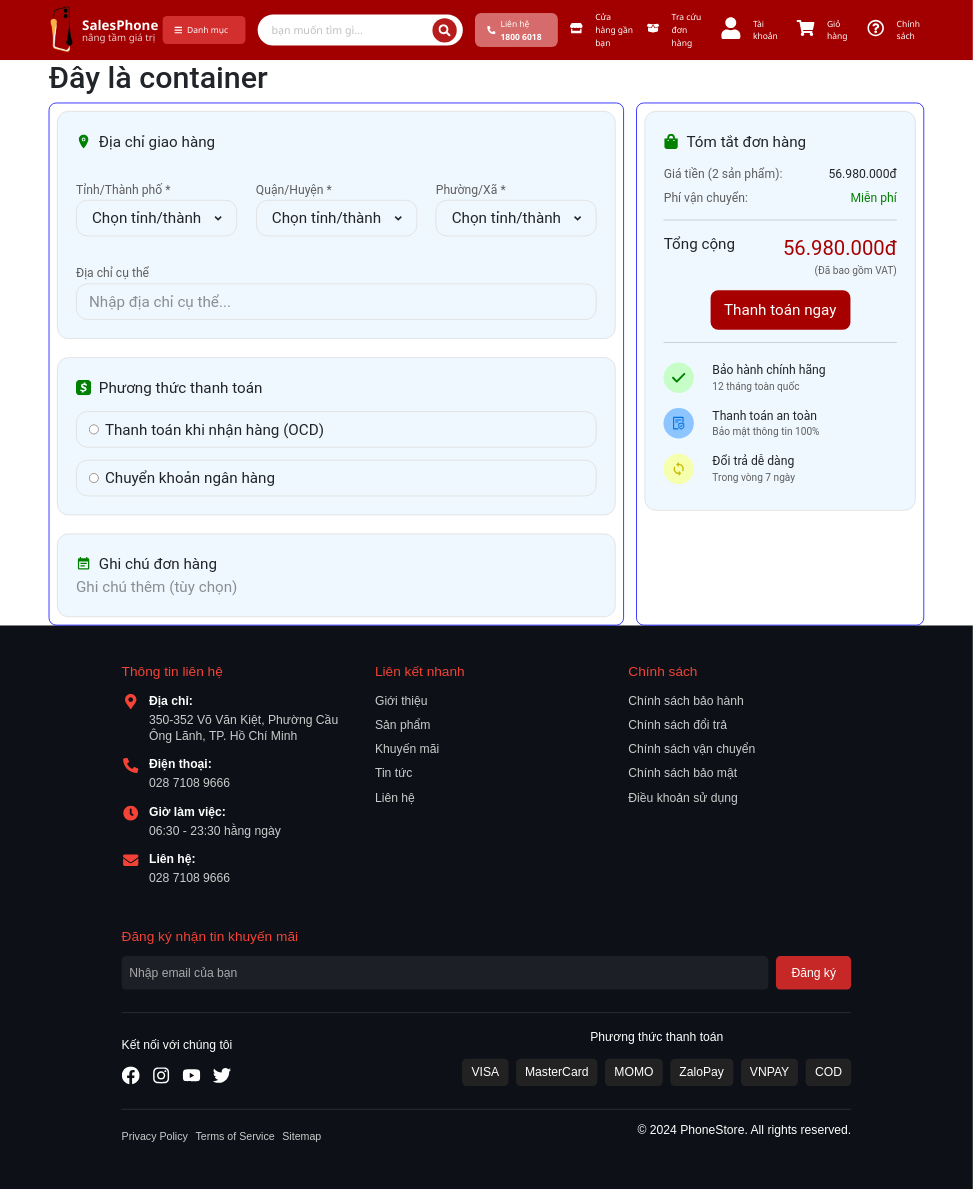
Repository: nguyenhuuluanTTB/cn-da22ttb-nguyenhuuluan-website_salesphone-nextjs_nodejs
Page: /order (app in Project_SalesPhone/client/salesphone/)
These files come from the project's save history. The page is drawn as it stood at one moment and after the next save; the edit follows.
The browser window is 1280 px wide. The pictures show the whole page, at 76% of full size.
The project was rebuilt for these pictures with package versions that can differ from the ones it lists, and the page was loaded fresh each time. The framework's server and built-in components were replaced by stand-ins that run in the browser. Also part of the build but not shown: Project_SalesPhone/client/salesphone/next.config.ts.

Above is the page before, as saved 2025-12-02 03:02:12.

### Project_SalesPhone/client/salesphone/app/layout.tsx

import "./globals.css";
import Header from "./components/Header/Header";
import Footer from "./components/Footer/Footer";


import 'bootstrap/dist/css/bootstrap.min.css';


export const metadata = {
  title: "SalesPhone",
  description: "Website bán điện thoại",
};

export default function RootLayout({
  children,
}: {
  children: React.ReactNode;
}) {
  return (
    <html lang="vi">
      <body>
        {/* Thêm Header ở đây */}
        <Header />

        {/* Nội dung trang */}
        {children}
        <Footer />
      </body>
    </html>
  );
}

### Project_SalesPhone/client/salesphone/app/order/page.tsx
"use client"

import styles from './order.module.scss';
import { IoLocation } from "react-icons/io5";
import { SiCashapp } from "react-icons/si";
import { MdEventNote,MdLoop  } from "react-icons/md";
import { FaShoppingBag } from "react-icons/fa";
import { FaCheck } from "react-icons/fa6";
import { AiOutlineFileProtect } from "react-icons/ai";

export default function Order () {

    return(
        <section className={styles.order}> {/*order */}

            <div className={styles.container}> {/*container */}

                <h1>Đây là container</h1>
                <div className={styles.gridContainer}>

                    <div className={`${styles.item} ${styles.item1}`}>

                        <div className={styles.thongtindiachi}>

                            <div className={styles.title_location}><IoLocation style={{color:'green', fontWeight: 'bold'}}/><span>Địa chỉ giao hàng</span></div>
                            <div className={styles.diachigiaohang}> {/*Địa chỉ giao hàng */}
                                <div>
                                    <span style={{fontSize: '12pt', color: 'rgb(94, 94, 94)'}}>Tỉnh/Thành phố *</span>
                                    <div className={styles.tinh}>
                                        <select>

                                            <option>Chọn tỉnh/thành</option>
                                            <option>TP.Hồ Chính Minh</option>
                                            <option>Hà Nội</option>
                                            <option>Hải Phòng</option>
                                            <option>Đà Nẵng</option>
                                            <option>Cần Thơ</option>

                                        </select>
                                    </div>
                                </div>
                                <div>
                                    <span style={{fontSize: '12pt', color: 'rgb(94, 94, 94)'}}>Quận/Huyện *</span>
                                    <div className={styles.quan}>
                                        <select>

                                            <option>Chọn tỉnh/thành</option>
                                            <option>TP.Hồ Chính Minh</option>
                                            <option>Hà Nội</option>
                                            <option>Hải Phòng</option>
                                            <option>Đà Nẵng</option>
                                            <option>Cần Thơ</option>

                                        </select>
                                    </div>
                                </div>
                                <div>
                                    <span style={{fontSize: '12pt', color: 'rgb(94, 94, 94)'}}>Phường/Xã *</span>
                                    <div className={styles.phuong}>
                                        <select>

                                            <option>Chọn tỉnh/thành</option>
                                            <option>TP.Hồ Chính Minh</option>
                                            <option>Hà Nội</option>
                                            <option>Hải Phòng</option>
                                            <option>Đà Nẵng</option>
                                            <option>Cần Thơ</option>

                                        </select>
                                    </div>
                                </div>
                            </div>

                            <span style={{fontSize: '12pt', color: 'rgb(94, 94, 94)'}}>Địa chỉ cụ thể</span>
                            <input className={styles.diachicuthe} placeholder='Nhập địa chỉ cụ thể...' type='text'/>

                        </div>


                        {/*Phương thức thanh toán */}
                        <div className={styles.thongtindiachi}>
                                <div className={styles.title_location}><SiCashapp style={{color:'green', fontWeight: 'bold'}}/><span>Phương thức thanh toán</span></div>
                            <div className={styles.luachonthanhtoan}>

                                <div className={styles.typecash}>
                                    <input type="radio" name="cash"/><span>Thanh toán khi nhận hàng (OCD)</span>
                                </div>

                                <div className={styles.typecash}>
                                    <input type="radio" name="cash" /><span>Chuyển khoản ngân hàng</span>
                                </div>
                            </div>

                        </div>

                        {/*Ghi chú */}
                        <div className={styles.thongtindiachi}>
                            <div className={styles.title_location}><MdEventNote style={{color:'green', fontWeight: 'bold'}}/><span>Ghi chú đơn hàng</span></div>
                            <input style={{width: '100%', border: 'none'}} type="text" placeholder='Ghi chú thêm (tùy chọn)' />
                        </div>


                    </div>

                    <div className={styles.item}>
                        <div className={styles.donhang}>

                            <div className={styles.title_location}><FaShoppingBag style={{color:'green', fontWeight: 'bold'}}/><span>Tóm tắt đơn hàng</span></div>
                            <div style={{display: 'flex', justifyContent: 'space-between', fontSize: '12pt', marginTop: '1rem', marginBottom: '0.5rem'}}>
                                <span style={{color: 'rgb(94, 94, 94)'}}>Giá tiền (2 sản phẩm):</span><span>56.980.000đ</span>
                            </div>
                            <div style={{display: 'flex', justifyContent: 'space-between', fontSize: '12pt'}}>
                                <span style={{color: 'rgb(94, 94, 94)'}}>Phí vận chuyển:</span><span style={{color: 'green'}}>Miễn phí</span>
                            </div>
                            <hr/>
                            <div className={styles.tien}>
                                <span>Tổng cộng</span>
                                <div style={{display: 'flex', flexDirection: 'column', alignItems: 'end'}}>
                                    <span style={{fontSize: '20pt', color:'#A70000'}}>56.980.000đ</span>
                                    <span style={{display: 'flex', justifyContent: 'space-between', fontSize: '10pt',color: 'rgb(94, 94, 94)'}}>(Đã bao gồm VAT)</span>
                                </div>
                            </div>

                            <button>Thanh toán ngay</button>
                            <hr/>

                            <div className={styles.baohanh}>
                                <div className={styles.baohanh_icon}>
                                    <FaCheck />
                                </div>
                                <div className={styles.baohanh_content}>
                                    <span>Bảo hành chính hãng</span>
                                    <span style={{fontSize: '10pt', color: 'rgb(94, 94, 94)'}}>12 tháng toàn quốc</span>
                                </div>
                            </div>
                            <div className={styles.ttat}>
                                <div className={styles.ttat_icon}>
                                    <AiOutlineFileProtect />
                                </div>
                                <div className={styles.baohanh_content}>
                                    <span>Thanh toán an toàn</span>
                                    <span style={{fontSize: '10pt', color: 'rgb(94, 94, 94)'}}>Bảo mật thông tin 100%</span>
                                </div>
                            </div>
                            <div className={styles.doitra}>
                                <div className={styles.doitra_icon}>
                                    <MdLoop  />
                                </div>
                                <div className={styles.baohanh_content}>
                                    <span>Đổi trả dễ dàng</span>
                                    <span style={{fontSize: '10pt', color: 'rgb(94, 94, 94)'}}>Trong vòng 7 ngày</span>
                                </div>
                            </div>
                        </div>
                    </div>

                </div>


            </div>

        </section>
    )
}

### Project_SalesPhone/client/salesphone/app/components/Header/Header.tsx
import Link from "next/link";
import Image from "next/image";
import { FaBars, FaPhoneAlt, FaStore, FaBoxOpen, FaUser, FaShoppingCart, FaSearch, FaRegQuestionCircle } from "react-icons/fa";
import styles from "./Header.module.scss";
import logo from "./asset/logo.png";

export default function Header () {
    return(
        <header className={styles.header}>

        <div className={styles.container}>
        {/* Logo */}
        <div className={styles.logo_category}>

            {/* Danh mục */}
            <button className={styles.categoryBtn}>
                <FaBars />
                <span>Danh mục</span>
            </button>

             <div className={styles.logo}>
                <Image src={logo} alt="SalesPhone Logo" width={40} height={40} />
                <div className={styles.logoText}>
                    <span className={styles.brand}>SalesPhone</span>
                    <span className={styles.slogan}>nâng tầm giá trị</span>
                </div>


            </div>

             <Link href="#" className={`${styles.navItem} ${styles.giohang}`}>
                  <FaShoppingCart />
            </Link>

        </div>




        {/* Ô tìm kiếm */}
        <div className={styles.searchBox}>
          <input type="text" placeholder="bạn muốn tìm gì..." />
          <button className={styles.searchBtn}>
            <FaSearch />
          </button>
        </div>

        {/* Liên hệ */}
        <div className={styles.contact}>
          <FaPhoneAlt />
          <div>
            <span>Liên hệ</span> <br/>
            <strong>1800 6018</strong>
          </div>
        </div>



        {/* Các icon chức năng */}
        <nav className={styles.nav}>
          <Link href="#" className={`${styles.navItem} ${styles.cuahangganban}`}>
            <FaStore />
            <span>Cửa hàng gần bạn</span>
          </Link>
          <Link href="#" className={`${styles.navItem} ${styles.tracuudonhang}`}>
            <FaBoxOpen />
            <span>Tra cứu đơn hàng</span>
          </Link>
          <Link href="#" className={`${styles.navItem} ${styles.taikhoan}`}>
            <FaUser />
            <span>Tài khoản</span>
          </Link>
          <Link href="#" className={`${styles.navItem} `}>
            <FaShoppingCart />
            <span>Giỏ hàng</span>
          </Link>
          <Link href="#" className={`${styles.navItem} ${styles.chinhsach}`}>
            <FaRegQuestionCircle />
            <span>Chính sách</span>
          </Link>
        </nav>
      </div>



        </header>



    );
}

### Project_SalesPhone/client/salesphone/app/components/Footer/Footer.tsx
import React from "react";
import styles from "./Footer.module.scss";


import {
  FaFacebook ,
  FaInstagram,
  FaYoutube,
  FaTwitter,
  FaMapMarkerAlt,
  FaPhoneAlt,
  FaClock,
  FaEnvelope,
} from "react-icons/fa";

export default function Footer() {
  return (
    <footer className={styles.footer}>
      <div className={styles.container}>
        {/* --- Thông tin liên hệ --- */}
        <div className={styles.column}>
          <h3 className={styles.title}>Thông tin liên hệ</h3>

          <div className={styles.infoItem}>
            <FaMapMarkerAlt className={styles.icon} />
            <div>
              <strong>Địa chỉ:</strong>
              <p>350-352 Võ Văn Kiệt, Phường Cầu Ông Lãnh, TP. Hồ Chí Minh</p>
            </div>
          </div>

          <div className={styles.infoItem}>
            <FaPhoneAlt className={styles.icon} />
            <div>
              <strong>Điện thoại:</strong>
              <p>028 7108 9666</p>
            </div>
          </div>

          <div className={styles.infoItem}>
            <FaClock className={styles.icon} />
            <div>
              <strong>Giờ làm việc:</strong>
              <p>06:30 - 23:30 hằng ngày</p>
            </div>
          </div>

          <div className={styles.infoItem}>
            <FaEnvelope className={styles.icon} />
            <div>
              <strong>Liên hệ:</strong>
              <p>028 7108 9666</p>
            </div>
          </div>
        </div>

        {/* --- Liên kết nhanh --- */}
        <div className={styles.column}>
          <h3 className={styles.title}>Liên kết nhanh</h3>
          <ul>
            <li>Giới thiệu</li>
            <li>Sản phẩm</li>
            <li>Khuyến mãi</li>
            <li>Tin tức</li>
            <li>Liên hệ</li>
          </ul>
        </div>

        {/* --- Chính sách --- */}
        <div className={styles.column}>
          <h3 className={styles.title}>Chính sách</h3>
          <ul>
            <li>Chính sách bảo hành</li>
            <li>Chính sách đổi trả</li>
            <li>Chính sách vận chuyển</li>
            <li>Chính sách bảo mật</li>
            <li>Điều khoản sử dụng</li>
          </ul>
        </div>

        {/* --- Đăng ký nhận tin --- */}
        <div className={styles.column}>
          <h3 className={styles.title}>Đăng ký nhận tin khuyến mãi</h3>
          <div className={styles.subscribe}>
            <input type="email" placeholder="Nhập email của bạn" />
            <button>Đăng ký</button>
          </div>
        </div>
      </div>

      {/* --- Mạng xã hội --- */}
      <div className={styles.social_payment}>
          <div className={styles.social}>
            <p>Kết nối với chúng tôi</p>
            <div style={{display: 'flex', flexDirection: 'row', gap: '1rem', fontSize: '18pt'}}>
              <FaFacebook  />
              <FaInstagram />
              <FaYoutube />
              <FaTwitter />
            </div>

          </div>

          {/* --- Phương thức thanh toán --- */}
          <div className={styles.payment}>
            <p>Phương thức thanh toán</p>
            <div className={styles.methods}>
              <span>VISA</span>
              <span>MasterCard</span>
              <span>MOMO</span>
              <span>ZaloPay</span>
              <span>VNPAY</span>
              <span>COD</span>
            </div>
          </div>
      </div>


      {/* --- Footer bottom --- */}
      <div className={styles.bottom}>
        <p>© 2024 PhoneStore. All rights reserved.</p>
        <div className={styles.links}>
          <a href="#">Privacy Policy</a>
          <a href="#">Terms of Service</a>
          <a href="#">Sitemap</a>
        </div>
      </div>
    </footer>
  );
}

### Project_SalesPhone/client/salesphone/app/order/order.module.scss
.order{
    font-family: 'Roboto', sans-serif;
    padding: 0 4rem;
}


.gridContainer{
    display: grid;
    grid-template-columns: minimax(450, 2fr) minimax(200px, 1fr);
    gap: 1rem;
    min-width: 320px;
    margin: 0 auto;

    grid-template-areas: "item1 item2";
}

.item:nth-child(1) {grid-area: item1;}
.item:nth-child(2) {grid-area: item2;}

.item{
    font-size: 20px;
    padding: 10px;
    border-radius: 10px;
    min-width: 200px;
    border: 1px solid blue;
}

@media (max-width: 1600px) {
  .gridContainer {
    // grid-template-columns: repeat(2, 1fr);
    grid-template-columns: minmax(450px, 2fr) minmax(200px, 1fr);
    grid-template-areas:
      "item1 item2";
  }
}

@media (max-width: 1200px) {
    .gridContainer{
        grid-template-columns: 1fr;
        grid-template-areas:
            "item1"
            "item2";
    }
}

.item1{
    gap: 1.5rem;
    display: flex;
    flex-direction: column;
}


.diachigiaohang{
    display: flex;
    flex-direction: row;
    justify-content: space-between;
    margin: 2rem 0;
}

.title_location{
    display: flex;
    flex-direction: row;
    align-items: center;
    gap: 10px;
}

.thongtindiachi{
    background-color: aliceblue;
    border: solid 1px gainsboro;
    padding: 1.5rem;
    border-radius: 15px;
}

.tinh, .quan, .phuong{
    border: solid 1px gainsboro;
    padding: 0.5rem 1rem;
    border-radius: 15px;
}

.diachicuthe{
    border: solid 1px gainsboro;
    padding: 0.5rem 1rem;
    border-radius: 15px;
    width: 100%;
}

//Phần lựa chọn thanh toán
.typecash{
    display: flex;
    border-radius: 15px;
    padding: 0.5rem 1rem;
    border: solid 1px gainsboro;
    gap: 0.5rem;
}

.luachonthanhtoan{
    margin-top: 1rem;
    gap: 1rem;
    display: flex;
    flex-direction: column;
}


//đơn hàng
.donhang{
    display: flex;
    flex-direction: column;
    background-color: aliceblue;
    border: solid 1px gainsboro;
    padding: 1.5rem;
    border-radius: 15px;

    button{
        background-color: #A70000;
        width: 60%;
        display: block;
        margin: 0 auto;
        color: #fff;
        padding: 0.7rem 1rem;
        border-radius: 10px;
        transition: all 0.3s;
        margin-top: 1rem;
    }

    button:hover{
        background-color: #fa1a1a;
        scale: 1.05;
    }
}

.tien{
    display: flex;
    flex-direction: row;
    justify-content: space-between;
}


.baohanh, .ttat, .doitra{
    display: flex;
    flex-direction: row;
    align-items: center;
    justify-content: start;
    gap: 1.5rem;
    margin: 0.5rem 0;

    .baohanh_icon{
        color: green;
        background: rgb(199, 254, 199);
        border-radius: 20px;
        padding: 10px;
    }

    .baohanh_content{
        flex-direction: column;
        display: flex;
    }

    span{
        font-size: 12pt;
    }
}

.ttat_icon{
    color: rgb(0, 111, 221);
    background: rgb(140, 197, 255);
    border-radius: 20px;
    padding: 10px;
}

.doitra_icon{
    color: rgb(200, 184, 1);
    background: rgb(245, 255, 173);
    border-radius: 20px;
    padding: 10px;
}

### Project_SalesPhone/client/salesphone/app/components/Footer/Footer.module.scss
.footer {
  background-color: #0d1117;
  color: #fff;
  padding: 50px 10rem;
  font-family: sans-serif;
}

.container {
  display: flex;
  flex-wrap: wrap;
  justify-content: space-between;
  gap: 40px;
  border-bottom: 1px solid #333;
  padding-bottom: 30px;
}

.column {
  flex: 1;
  min-width: 240px;
}

.title {
  color: #f44336;
  font-size: 18px;
  margin-bottom: 15px;
}

/* --- Thông tin liên hệ --- */
.infoItem {
  display: flex;
  align-items: flex-start;
  gap: 12px;
  margin-bottom: 12px;
}

.icon {
  font-size: 20px;
  color: #f44336;
  min-width: 24px;
  margin-top: 3px;
}

.infoItem p {
  margin: 2px 0;
  color: #ccc;
  line-height: 1.4;
}

/* --- Liên kết --- */
.column ul {
  list-style: none;
  padding: 0;
}

.column ul li {
  margin: 8px 0;
  cursor: pointer;
  transition: color 0.2s ease;
  color: #ccc;
}

.column ul li:hover {
  color: #f44336;
}

/* --- Đăng ký --- */
.subscribe {
  display: flex;
  gap: 10px;
  margin-top: 10px;
}

.subscribe input {
  flex: 1;
  padding: 10px;
  border: none;
  border-radius: 6px;
  background: #1c1f26;
  color: #fff;
}

.subscribe input::placeholder {
  color: #aaa;
}

.subscribe button {
  background-color: #c62828;
  color: #fff;
  border: none;
  padding: 10px 20px;
  border-radius: 6px;
  cursor: pointer;
  transition: background 0.3s;
}

.subscribe button:hover {
  background-color: #e53935;
}

.social_payment{
    display: flex;
    flex-direction: row;
    justify-content: space-between;
}

/* --- Mạng xã hội --- */
.social {
  text-align: center;
  margin-top: 30px;
}

.icons {
  display: flex;
  justify-content: center;
  gap: 15px;
  margin-top: 10px;

}

.icons svg {
  background: #222;
  padding: 10px;
  border-radius: 50%;
  font-size: 18px;
  cursor: pointer;
  transition: all 0.3s ease;
}

.icons svg:hover {
  background: #f44336;
  transform: scale(1.1);
}

/* --- Thanh toán --- */
.payment {
  text-align: center;
  margin-top: 20px;
}

.methods {
  display: flex;
  justify-content: center;
  flex-wrap: wrap;
  gap: 10px;
  margin-top: 10px;
}

.methods span {
  background: #222;
  padding: 6px 12px;
  border-radius: 6px;
}

/* --- Dưới cùng --- */
.bottom {
  border-top: 1px solid #333;
  margin-top: 30px;
  padding-top: 15px;
  display: flex;
  flex-direction: row-reverse;
  justify-content: space-between;
  align-items: center;
  gap: 5px;
}

.links {
  display: flex;
  gap: 10px;
}

.links a {
  color: #ccc;
  text-decoration: none;
  font-size: 14px;
  transition: color 0.2s ease;
}

.links a:hover {
  color: #f44336;
}

/* --- Responsive --- */
@media (max-width: 768px) {
  .container {
    flex-direction: column;
  }

  .subscribe {
    flex-direction: column;
  }

  .subscribe input,
  .subscribe button {
    width: 100%;
  }

  .methods {
    flex-wrap: wrap;
  }

  .infoItem {
    align-items: flex-start;
  }
}

Loaded but not shown: Project_SalesPhone/client/salesphone/app/globals.css (common file); Project_SalesPhone/client/salesphone/app/components/Header/Header.module.scss (239 lines, source omitted)

After the next save:
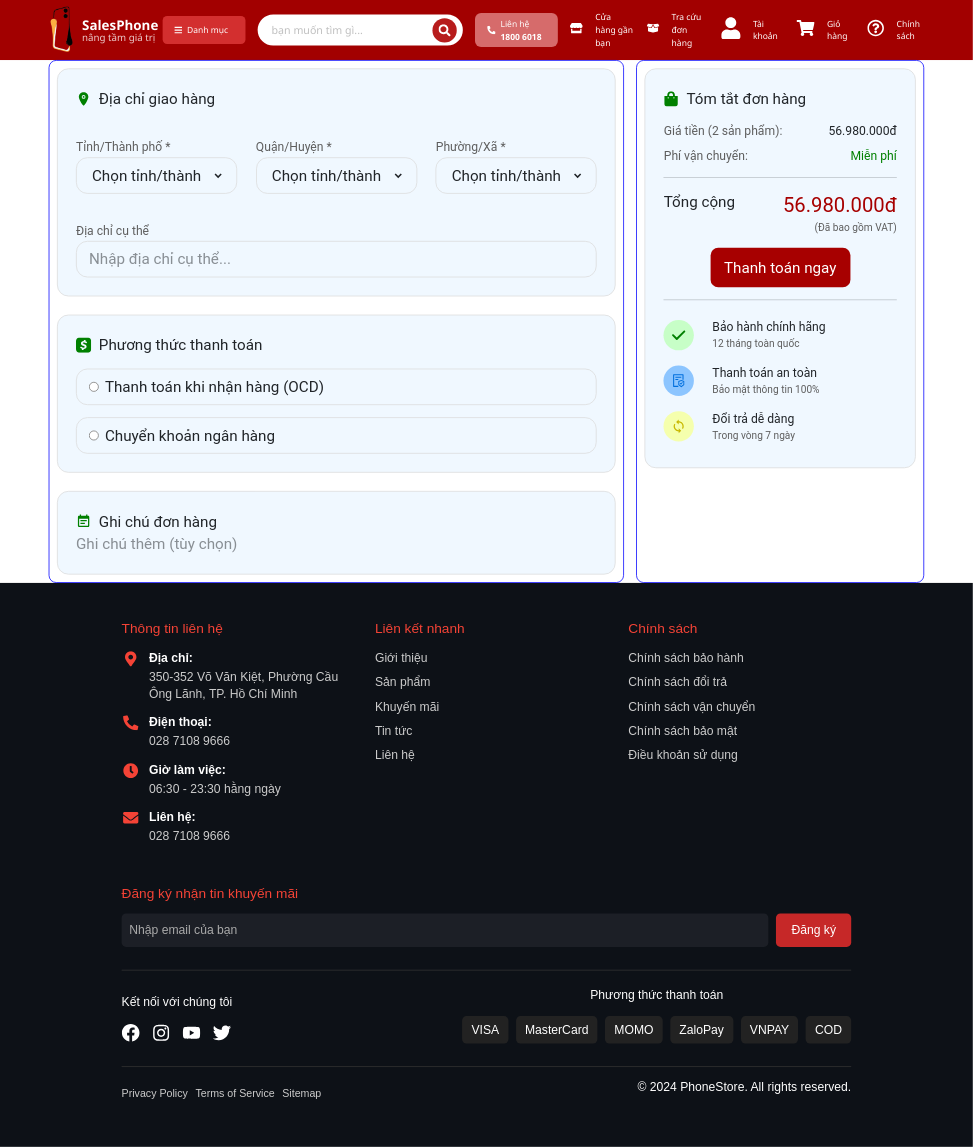
Saved 15 s later.
--- a/Project_SalesPhone/client/salesphone/app/order/page.tsx
+++ b/Project_SalesPhone/client/salesphone/app/order/page.tsx
@@ -15,7 +15,7 @@
 
             <div className={styles.container}> {/*container */}
 
-                <h1>Đây là container</h1>
+
                 <div className={styles.gridContainer}>
 
                     <div className={`${styles.item} ${styles.item1}`}>
